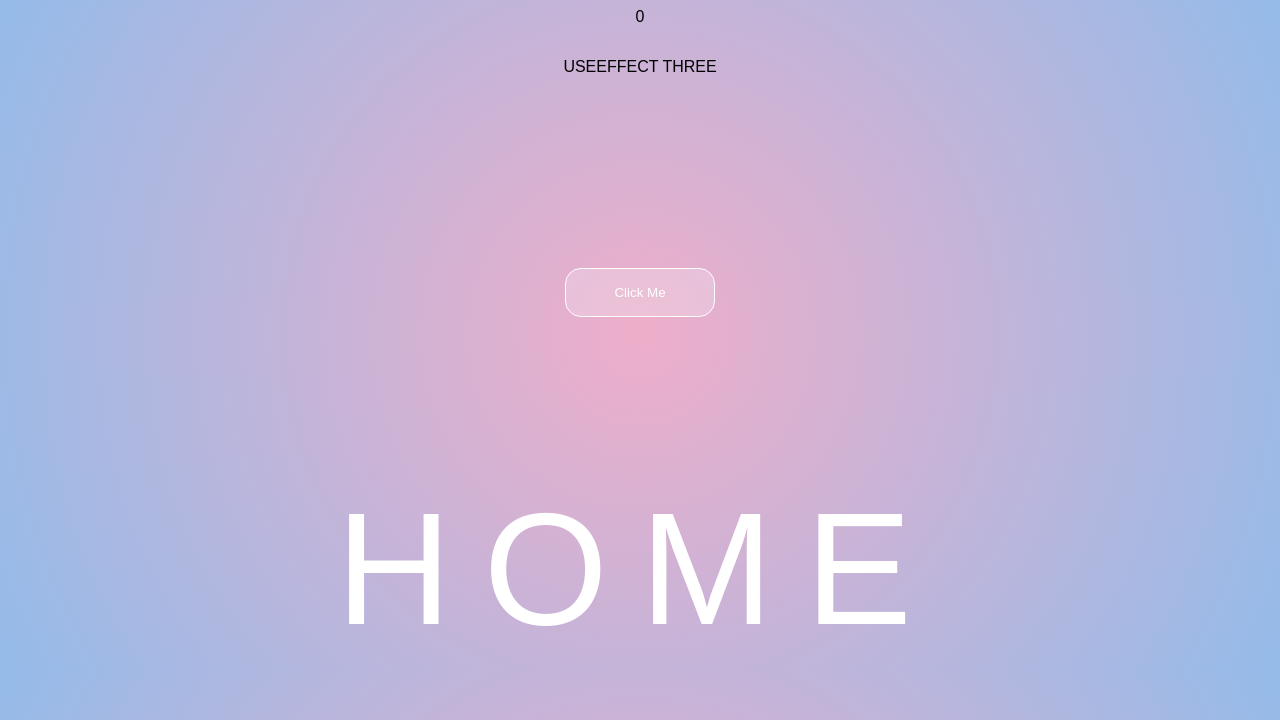
Repository: juliet-jskim/week-8-useEffect-carousel
Page: /useEffectThree
An editor plug-in stored every save of this project. The page is shown before and after the next save, followed by the edit.
The browser window is 1280 px wide. The pictures show the whole page.
The project was rebuilt for these pictures with package versions that can differ from the ones it lists, and the page was loaded fresh each time. The framework's server and built-in components were replaced by stand-ins that run in the browser. Also part of the build but not shown: next.config.js.

Above is the page before, as saved 2023-02-20 23:17:52.

### pages/useEffectThree.js
import { useEffect, useState } from "react"
import Link from "next/link";
import styles from "@/styles/UseEffectThree.module.css"


export default function UseEffectThree() {
    const [number, setNumber] = useState(0);

    const [value, setValue] = useState(-10);

    useEffect(()=> {
        setValue(value + 10)
    }, [number])

    return(
        <>
        <main className={styles.main_container}>
            <div className={styles.home_link}>
                <Link  style={{ textDecoration: 'none',  color: 'white' }} href="/">Home</Link>
            </div>
            <div className={styles.use_effect_three}>
                    <div>
                    <button className={ styles.button} style={{ borderRadius: "1rem",  color: 'white',backgroundColor: 'rgba(240, 248, 255, 0.24)' }} onClick={() => setNumber(number +1)}>Click Me</button>
                    </div>
                    <div>
                        UseEffect Three
                    </div>
                    <div>
                        {value}
                    </div>
            </div>

        </main>

        </>
    )
}

### styles/globals.css
:root {
  /** add colors you want to add to all the pages here**/
  background: rgb(238,174,202);
  background: radial-gradient(circle, rgba(238,174,202,1) 0%, rgba(148,187,233,1) 100%);

}

### styles/UseEffectThree.module.css
.main_container{
    display: flex;
    flex-direction: column-reverse;
    justify-content: center;
    align-items: center;
}

.home_link{
    font-size: 10rem;
    text-transform: uppercase;
    font-family: Arial, Helvetica, sans-serif;
    writing-mode: horizontal-tb;
    letter-spacing: 2rem;
    margin-top: 10rem;
}

.use_effect_three{
    text-transform: uppercase;
    font-family: Arial, Helvetica, sans-serif;
    display: flex;
    flex-direction: column-reverse;
    justify-content: center;
    align-items: center;
    gap: 2rem;

}

.button{
    background-color: rgba(240, 248, 255, 0.24);
    border: 1px solid white;
    padding: 1rem 3rem;
    margin-top: 10rem;
}

Loaded but not shown: pages/_app.js (common file); pages/_document.js (common file)

After the next save:
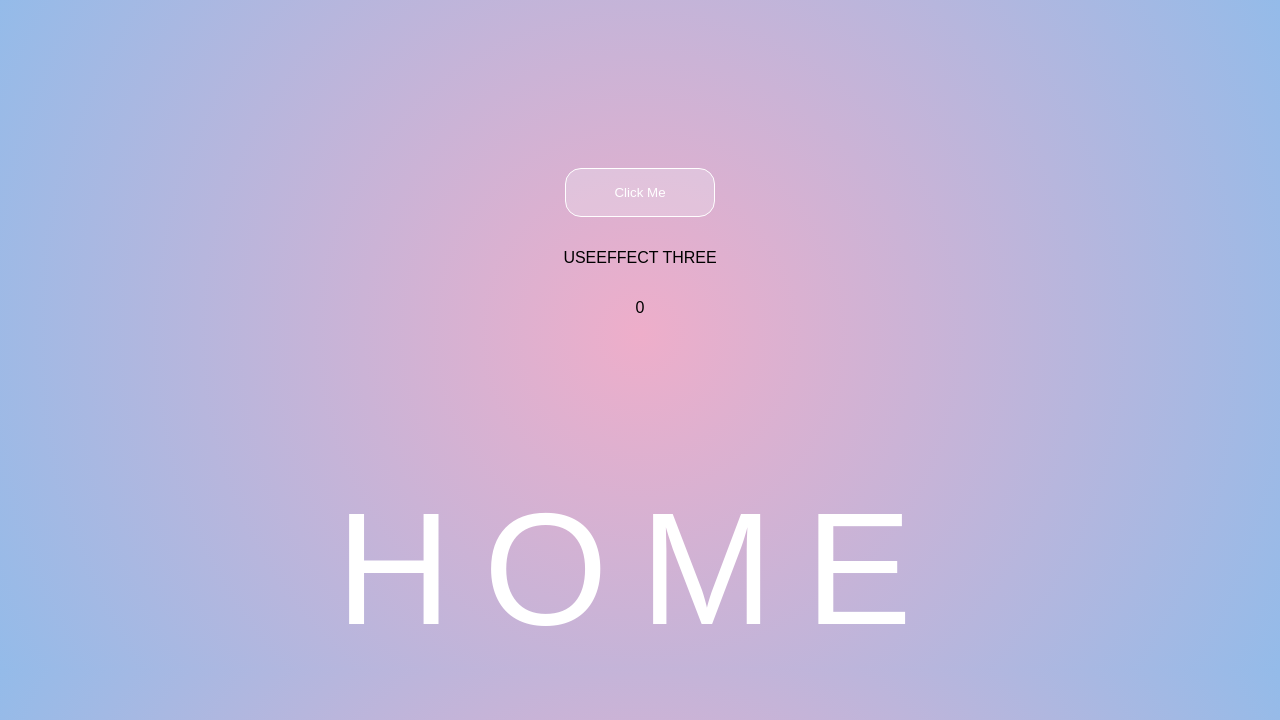
Saved 19 s later.
--- a/styles/UseEffectThree.module.css
+++ b/styles/UseEffectThree.module.css
@@ -18,7 +18,7 @@
     text-transform: uppercase;
     font-family: Arial, Helvetica, sans-serif;
     display: flex;
-    flex-direction: column-reverse;
+    flex-direction: column;
     justify-content: center;
     align-items: center;
     gap: 2rem;
